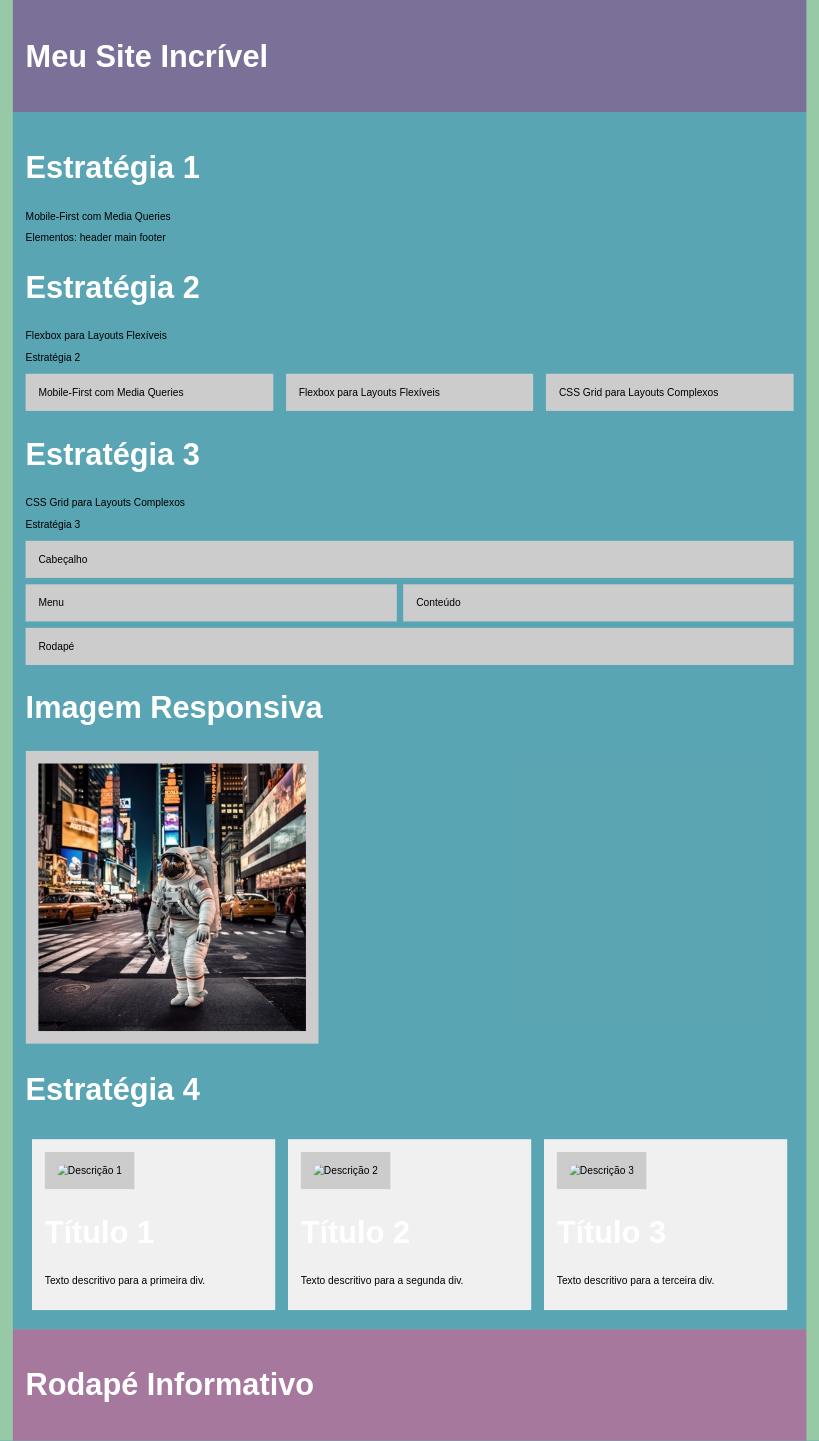
Repository: douglasabnovato/model-lp
Page: index.html
An editor plug-in stored every save of this project. The page is shown before and after the next save, followed by the edit.
The browser window is 1280 px wide. The pictures show the whole page, at 64% of full size.

Above is the page before, as saved 2025-02-25 11:52:30.
Not found: imagem1.jpg
Not found: imagem2.jpg
Not found: imagem3.jpg

### index.html
<!DOCTYPE html>
<html lang="pt-br">
  <head>
    <meta charset="UTF-8" />
    <meta name="viewport" content="width=device-width, initial-scale=1.0" />
    <title>Filmes Épicos</title>
    <link rel="stylesheet" type="text/css" href="./style.css" />
  </head>
  <body>
    <header>
      <h2>Meu Site Incrível</h2>
    </header>
    <main>
      <h2>Estratégia 1</h2>
      <p>Mobile-First com Media Queries</p>
      <p>Elementos: header main footer</p>

      <h2>Estratégia 2</h2>
      <p>Flexbox para Layouts Flexíveis</p>
      <p>Estratégia 2</p>
      <div class="flex-container">
        <div class="flex-item">Mobile-First com Media Queries</div>
        <div class="flex-item">Flexbox para Layouts Flexíveis</div>
        <div class="flex-item">CSS Grid para Layouts Complexos</div>
      </div>

      <h2>Estratégia 3</h2>
      <p>CSS Grid para Layouts Complexos</p>
      <p>Estratégia 3</p>
      <div class="grid-container">
        <div class="grid-item">Cabeçalho</div>
        <div class="grid-item">Menu</div>
        <div class="grid-item">Conteúdo</div>
        <div class="grid-item">Rodapé</div>
      </div>

      <h2>Imagem Responsiva</h2>
      <div class="imgResponsive">
        <img
          src="./assets/astronauta-418.jpg"
          alt="Astronauta"
        />
      </div>

      <h2>Estratégia 4</h2>
      <div class="container">
        <div class="filha">
          <img src="imagem1.jpg" alt="Descrição 1">
          <h2>Título 1</h2>
          <p>Texto descritivo para a primeira div.</p>
        </div>
        <div class="filha">
          <img src="imagem2.jpg" alt="Descrição 2">
          <h2>Título 2</h2>
          <p>Texto descritivo para a segunda div.</p>
        </div>
        <div class="filha">
          <img src="imagem3.jpg" alt="Descrição 3">
          <h2>Título 3</h2>
          <p>Texto descritivo para a terceira div.</p>
        </div>
      </div>



    </main>
    <footer>
      <h2>Rodapé Informativo</h2>
    </footer>
  </body>
</html>

### style.css
/* Estilos base para mobile */
body {
  font-family: Arial, sans-serif;
  margin: 0;
  background-color: #65691c77;
}

h2 {
  color: white;
  font-size: clamp(2rem, 5vw, 3rem);
}

header,
main,
footer {
  padding: 20px;
}

header {
  background-color: #5b0a8777;
}

main {
  background-color: #157bc077;
}

.flex-container {
  display: flex;
  flex-wrap: wrap;
  gap: 20px;
}

.flex-item {
  background-color: #ccc;
  padding: 20px;
  flex: 1 1 200px;
  box-sizing: border-box;
}

.grid-container {
  display: grid;
  grid-template-areas:
    "header header"
    "menu content"
    "footer footer";
  grid-gap: 10px;
}

.grid-item {
  background-color: #ccc;
  padding: 20px;
}

.grid-item:nth-child(1) {
  grid-area: header;
}

.grid-item:nth-child(2) {
  grid-area: menu;
}

.grid-item:nth-child(3) {
  grid-area: content;
}

.grid-item:nth-child(4) {
  grid-area: footer;
}

.imgResponsive{
    margin: 0;
    padding: 0;
  }

  img {
      padding: 20px;
      background-color: #ccc;
  }

footer {
  background-color: #b81b9377;
}

/* Media Query para telas maiores */
@media (min-width: 768px) {
  body {
    background-color: #238d4377;
  }

  header,
  main,
  footer {
    max-width: 1200px;
    margin: 0 auto;
  }
}

.container {
    display: flex;
    flex-wrap: wrap; /* Permite que as divs filhas "quebrem" para a próxima linha em telas menores */
    justify-content: space-between; /* Espaça as divs uniformemente */
  }

  .filha {
    flex: 1 1 30%; /* Cresce, encolhe e ocupa inicialmente 30% do espaço */
    box-sizing: border-box; /* Inclui padding e border no total da largura e altura */
    margin: 10px;
    padding: 20px;
    background-color: #f0f0f0;
  }

  @media (max-width: 768px) {
    .filha {
      flex-basis: 100%; /* Em telas menores, cada div filha ocupa 100% da largura */
    }
  }

After the next save:
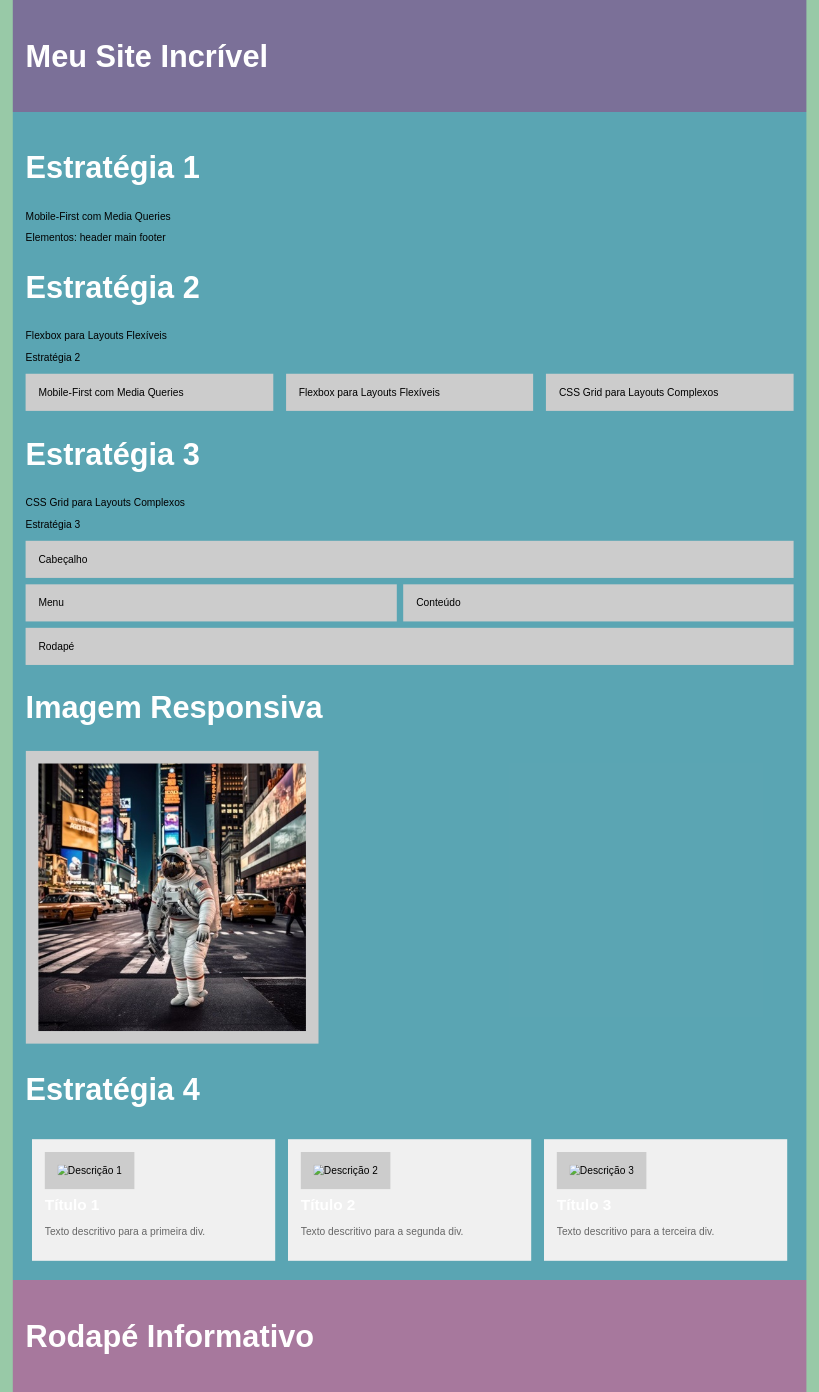
Saved 27 s later.
--- a/style.css
+++ b/style.css
@@ -109,6 +109,21 @@ footer {
     background-color: #f0f0f0;
   }
 
+  .filha img {
+    width: 100%;
+    height: auto;
+  }
+
+  .filha h2 {
+    font-size: 1.5em;
+    margin-top: 10px;
+  }
+
+  .filha p {
+    font-size: 1em;
+    color: #666;
+  }
+
   @media (max-width: 768px) {
     .filha {
       flex-basis: 100%; /* Em telas menores, cada div filha ocupa 100% da largura */
